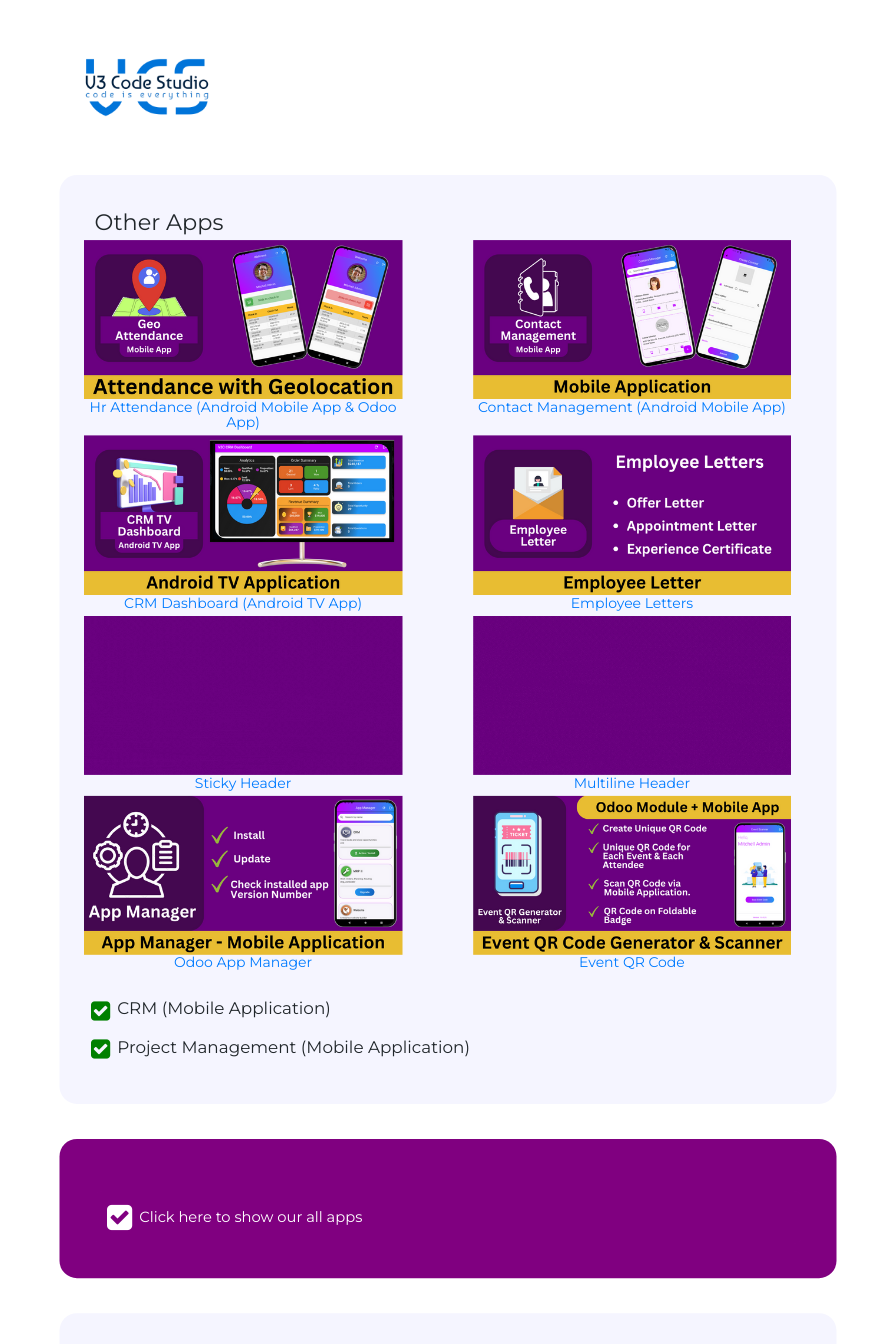
Repository: VivekVithlani/odoo_apps_list
Page: index.html
These files come from the project's save history. The page is drawn as it stood at one moment and after the next save; the edit follows.
The browser window is 1280 px wide. The pictures show the part of the page from y = 0 to 1920 px (the page is 2591 px tall before and 1778 px after), at 70% of full size.

Above is the page before, as saved 2023-12-14 15:16:59.

### index.html
<?xml version="1.0" encoding="utf-8" ?>
<!DOCTYPE html PUBLIC "-//W3C//DTD XHTML 1.0 Transitional//EN" "http://www.w3.org/TR/xhtml1/DTD/xhtml1-transitional.dtd">
<html xmlns="http://www.w3.org/1999/xhtml" xml:lang="en" lang="en">
  <head>
    <meta charset="utf-8" />
    <meta http-equiv="X-UA-Compatible" content="IE=edge" />
    <title>Document</title>
    <meta name="viewport" content="width=device-width, initial-scale=1" />
    <link
      rel="stylesheet"
      href="https://stackpath.bootstrapcdn.com/bootstrap/4.3.1/css/bootstrap.min.css"
    />
    <link
      href="https://fonts.googleapis.com/css?family=Montserrat"
      rel="stylesheet"
    />
    <link
      href="https://stackpath.bootstrapcdn.com/font-awesome/4.7.0/css/font-awesome.min.css"
      rel="stylesheet"
      integrity="sha384-wvfXpqpZZVQGK6TAh5PVlGOfQNHSoD2xbE+QkPxCAFlNEevoEH3Sl0sibVcOQVnN"
      crossorigin="anonymous"
    />
  </head>
  <!-- odoo description page css -->
  <style>
    h1,
    h2,
    h3,
    h4,
    h5,
    h6,
    .h1,
    .h2,
    .h3,
    .h4,
    .h5,
    .h6 {
      font-family: "Montserrat", sans-serif;
      font-weight: 400;
      line-height: 1.1;
      color: #21272b;
    }

    ul {
      color: #222020;
    }

    * {
      font-family: "Montserrat", sans-serif;
    }

    .sb-faq-container .panel .panel-heading a:before {
      content: "\f056";
      font-family: "FontAwesome";
      position: absolute;
      top: 7px;
      left: 5px;
      bottom: auto;
      right: auto;
      color: #3b3b98;
    }

    .sb-faq-container .panel .panel-heading a.collapsed:before {
      content: "\f055";
      font-family: "FontAwesome";
      position: absolute;
      top: 7px;
      left: 5px;
      bottom: auto;
      right: auto;
      color: #3b3b98;
    }
  </style>

  <body>
    <div class="container">
      <div
        style="
          margin: 0px;
          width: 100%;
          align-items: center;
          align-self: center;
        "
      >
        <img
          style="align-self: center; height: 250px"
          src="./vcs_icon.png"
          alt="Icon"
          class="inline"
          loading="lazy"
        />
      </div>

      <!-- Other Apps -->
      <div
        style="
          padding: 50px;
          margin-bottom: 50px;
          background: #f5f5ff;
          border-radius: 25px;
        "
      >
        <h2>Other Apps</h2>

        <div class="row" style="width: 100%">
          <div style="width: 45%; justify-content: center">
            <div>
              <img
                style="align-self: center; width: 100%; height: auto"
                src="./OtherApps/attendance_mobile_app.png"
                alt="ServerDetails"
                class="inline"
                loading="lazy"
              />
            </div>
            <div>
              <h5 style="text-align: center">
                <a
                  href="https://apps.odoo.com/apps/modules/16.0/v3c_hr_attendance"
                  >Hr Attendance (Android Mobile App & Odoo App)</a
                >
              </h5>
            </div>
          </div>
          <div style="width: 10%"></div>
          <div style="width: 45%; justify-content: center">
            <div>
              <img
                style="align-self: center; width: 100%; height: auto"
                src="./OtherApps/contact_manager_android_app.png"
                alt="ServerDetails"
                class="inline"
                loading="lazy"
              />
            </div>
            <div>
              <h5 style="text-align: center">
                <a
                  href="https://apps.odoo.com/apps/modules/16.0/v3c_contact_management/"
                  >Contact Management (Android Mobile App)</a
                >
              </h5>
            </div>
          </div>
        </div>

        <div class="row" style="width: 100%">
          <div style="width: 45%; justify-content: center">
            <div>
              <img
                style="align-self: center; width: 100%; height: auto"
                src="./OtherApps/crm_dashboard_tv_app.png"
                alt="ServerDetails"
                class="inline"
                loading="lazy"
              />
            </div>
            <div>
              <h5 style="text-align: center">
                <a
                  href="https://apps.odoo.com/apps/modules/16.0/v3c_crm_dashboard/"
                  >CRM Dashboard (Android TV App)</a
                >
              </h5>
            </div>
          </div>
          <div style="width: 10%"></div>
          <div style="width: 45%; justify-content: center">
            <div>
              <img
                style="align-self: center; width: 100%; height: auto"
                src="./OtherApps/employee_letter_app.png"
                alt="ServerDetails"
                class="inline"
                loading="lazy"
              />
            </div>
            <div>
              <h5 style="text-align: center">
                <a
                  href="https://apps.odoo.com/apps/modules/15.0/v3c_employee_letters/"
                  >Employee Letters</a
                >
              </h5>
            </div>
          </div>
        </div>

        <div class="row" style="width: 100%">
          <div style="width: 45%; justify-content: center">
            <div>
              <img
                style="align-self: center; width: 100%; height: auto"
                src="./OtherApps/stickey_headers_app.gif"
                alt="ServerDetails"
                class="inline"
                loading="lazy"
              />
            </div>

            <!-- Sticky Header -->
            <div>
              <h5 style="text-align: center">
                <a
                  href="https://apps.odoo.com/apps/modules/16.0/v3c_sticky_header/"
                  >Sticky Header</a
                >
              </h5>
            </div>
          </div>
          <div style="width: 10%"></div>

          <div style="width: 45%; justify-content: center">
            <div>
              <img
                style="align-self: center; width: 100%; height: auto"
                src="./OtherApps/multiline_header.gif"
                alt="ServerDetails"
                class="inline"
                loading="lazy"
              />
            </div>

            <!-- Mulyiline Header -->
            <div>
              <h5 style="text-align: center">
                <a
                  href="https://apps.odoo.com/apps/modules/15.0/v3c_table_header_multiline/"
                  >Multiline Header</a
                >
              </h5>
            </div>
          </div>
        </div>

        <div class="row" style="width: 100%">
          <div style="width: 45%; justify-content: center">
            <div>
              <img
                style="align-self: center; width: 100%; height: auto"
                src="./OtherApps/AppManager.png"
                alt="ServerDetails"
                class="inline"
                loading="lazy"
              />
            </div>

            <!-- Odoo App Manager -->
            <div>
              <h5 style="text-align: center">
                <a
                  href="https://apps.odoo.com/apps/modules/16.0/app_manager_module/"
                  >Odoo App Manager</a
                >
              </h5>
            </div>
          </div>
          <div style="width: 10%"></div>

          <!-- Event QR Code Start -->
          <div style="width: 45%; justify-content: center">
            <div>
              <img
                style="align-self: center; width: 100%; height: auto"
                src="./OtherApps/event_qr_code.png"
                alt="ServerDetails"
                class="inline"
                loading="lazy"
              />
            </div>

            <!-- Event QR Code -->
            <div>
              <h5 style="text-align: center">
                <a
                  href="https://apps.odoo.com/apps/modules/16.0/odoo_event_qrcode/"
                  >Event QR Code</a
                >
              </h5>
            </div>
          </div>
          <!-- Event QR Code End -->

          <div style="width: 45%; justify-content: center"></div>
        </div>
        <br />

        <!-- CRM Mobile App -->
        <div class="row" style="padding: 10px">
          <i
            class="fa fa-check-square fa-2x"
            style="color: green; padding-right: 10px"
            aria-hidden="true"
          ></i>
          <h4>CRM (Mobile Application)</h4>
        </div>

        <!-- Project Management Mobile App -->
        <div class="row" style="padding: 10px">
          <i
            class="fa fa-check-square fa-2x"
            style="color: green; padding-right: 10px"
            aria-hidden="true"
          ></i>
          <h4>Project Management (Mobile Application)</h4>
        </div>
      </div>
      <!-- Other Apps End-->

      <div
        style="
          padding: 50px;
          margin-bottom: 50px;
          background-color: purple;
          border-radius: 25px;
          color: white;
        "
      >
        <a
          style="
            align-self: center;
            text-align: center;
            border-radius: 10px;
            background-color: purple;
            color: white;
            margin-top: 25px;
            font-size: 21px;
          "
          class="d-flex align-items-center px-2 py-3"
          href="https://apps.odoo.com/apps/browse?repo_maintainer_id=509726"
        >
          <i
            class="fa fa-check-square fa-2x"
            style="margin-right: 10px; margin-left: 10px"
            aria-hidden="true"
          ></i>
          Click here to show our all apps
        </a>
        <!--
        <a
          style="
            align-self: center;
            text-align: center;
            border-radius: 10px;
            color: white;
            margin-top: 25px;
          "
          class="d-flex align-items-center px-2 py-3"
          href="https://apps.odoo.com/apps/browse?repo_maintainer_id=509726"
        >
          <h2>Click here to show all apps list</h2>
        </a> -->
      </div>

      <div
        style="
          padding: 50px;
          margin-bottom: 50px;
          background: #f5f5ff;
          border-radius: 25px;
        "
      >
        <h2>Support</h2>
        <div style="align-items: center; text-align: center">
          <img
            style="align-self: center; height: 250px"
            src="./vcs_icon.png"
            alt="ServerDetails"
            class="inline"
            loading="lazy"
          />
        </div>

        <div style="margin-top: 25px; align-self: center">
          <h5>
            Please feel free to contact us at
            <a href="mailto:v3codestudio@gmail.com?subject=Me&body=Hello!"
              ><code>v3codestudio@gmail.com</code></a
            >
            if you have any questions or concerns. We are always happy to assist
            you!
          </h5>

          <div class="row">
            <div style="width: 40%">
              <a
                style="
                  align-self: center;
                  text-align: center;
                  border-radius: 10px;
                  background-color: purple;
                  color: white;
                  margin-top: 25px;
                "
                class="d-flex align-items-center px-2 py-3"
                href="mailto:v3codestudio@gmail?subject=Me&body=Hello!"
              >
                <i
                  class="fa fa-envelope fa-2x"
                  style="margin-right: 10px; margin-left: 10px"
                  aria-hidden="true"
                ></i>
                v3codestudio@gmail.com
              </a>
            </div>

            <div style="width: 40%">
              <a
                style="
                  align-self: center;
                  text-align: center;
                  border-radius: 10px;
                  background-color: purple;
                  color: white;
                  margin-top: 25px;
                  margin-left: 25px;
                "
                class="d-flex align-items-center px-2 py-3"
                href="mailto:v3codestudio@gmail?subject=Request Customization&body=Hello!"
              >
                <i
                  class="fa fa-mobile fa-2x"
                  style="margin-right: 10px; margin-left: 10px"
                  aria-hidden="true"
                ></i>
                Request Customization
              </a>
            </div>

            <div style="width: 40%">
              <a
                style="
                  align-self: center;
                  text-align: center;
                  border-radius: 10px;
                  background-color: purple;
                  color: white;
                  margin-top: 25px;
                "
                class="d-flex align-items-center px-2 py-3"
                href="mailto:v3codestudio@gmail?subject=Request for Mobile Application&body=Hello!"
              >
                <i
                  class="fa fa-check-square fa-2x"
                  style="margin-right: 10px; margin-left: 10px"
                  aria-hidden="true"
                ></i>
                Request for Mobile Application
              </a>
            </div>
          </div>
        </div>
      </div>

      <hr class="rounded" />
    </div>
  </body>
</html>

After the next save:
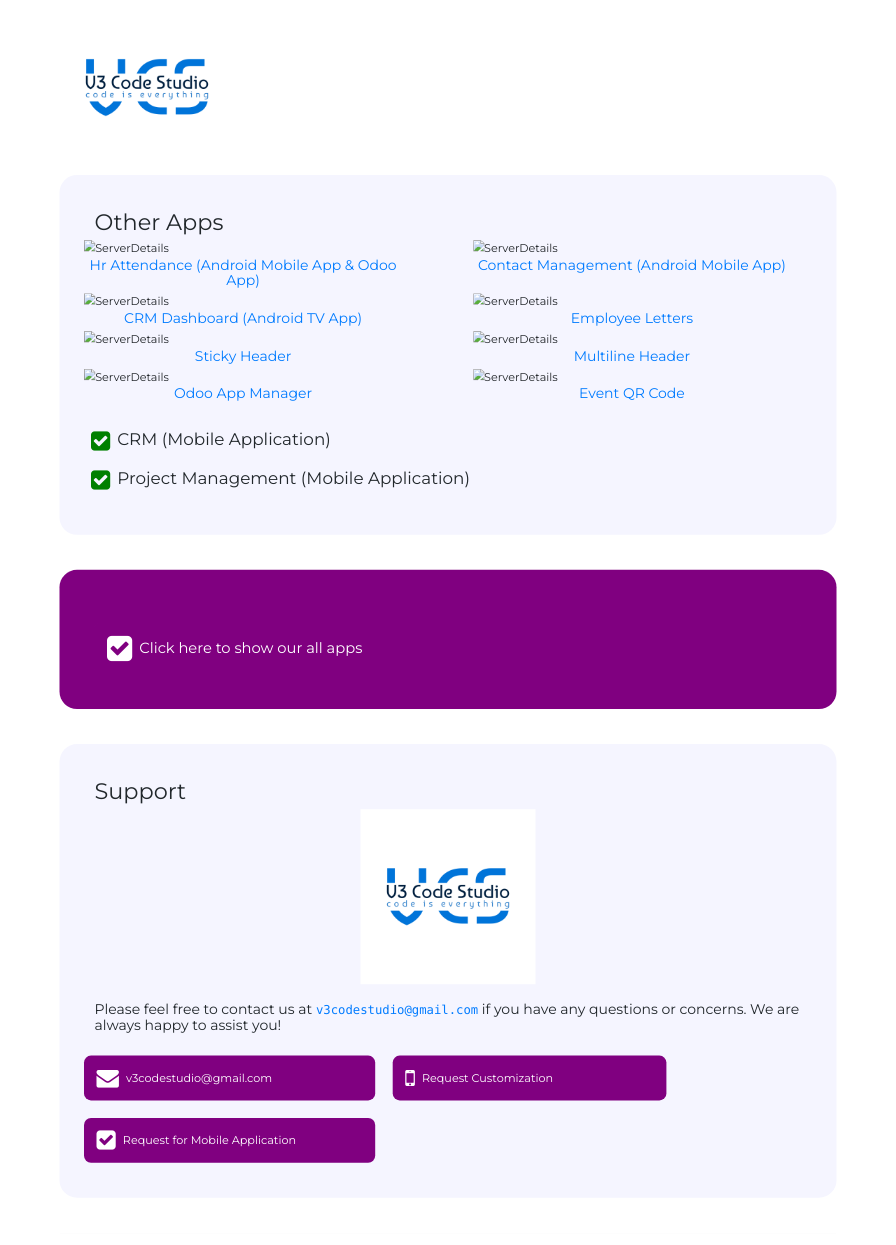
Not found: AppManager.png
Not found: attendance_mobile_app.png
Not found: contact_manager_android_app.png
Saved 12 s later.
--- a/index.html
+++ b/index.html
@@ -107,7 +107,7 @@
             <div>
               <img
                 style="align-self: center; width: 100%; height: auto"
-                src="./OtherApps/attendance_mobile_app.png"
+                src="./attendance_mobile_app.png"
                 alt="ServerDetails"
                 class="inline"
                 loading="lazy"
@@ -127,7 +127,7 @@
             <div>
               <img
                 style="align-self: center; width: 100%; height: auto"
-                src="./OtherApps/contact_manager_android_app.png"
+                src="./contact_manager_android_app.png"
                 alt="ServerDetails"
                 class="inline"
                 loading="lazy"
@@ -149,7 +149,7 @@
             <div>
               <img
                 style="align-self: center; width: 100%; height: auto"
-                src="./OtherApps/crm_dashboard_tv_app.png"
+                src="./crm_dashboard_tv_app.png"
                 alt="ServerDetails"
                 class="inline"
                 loading="lazy"
@@ -169,7 +169,7 @@
             <div>
               <img
                 style="align-self: center; width: 100%; height: auto"
-                src="./OtherApps/employee_letter_app.png"
+                src="./employee_letter_app.png"
                 alt="ServerDetails"
                 class="inline"
                 loading="lazy"
@@ -191,7 +191,7 @@
             <div>
               <img
                 style="align-self: center; width: 100%; height: auto"
-                src="./OtherApps/stickey_headers_app.gif"
+                src="./stickey_headers_app.gif"
                 alt="ServerDetails"
                 class="inline"
                 loading="lazy"
@@ -214,7 +214,7 @@
             <div>
               <img
                 style="align-self: center; width: 100%; height: auto"
-                src="./OtherApps/multiline_header.gif"
+                src="./multiline_header.gif"
                 alt="ServerDetails"
                 class="inline"
                 loading="lazy"
@@ -238,7 +238,7 @@
             <div>
               <img
                 style="align-self: center; width: 100%; height: auto"
-                src="./OtherApps/AppManager.png"
+                src="./AppManager.png"
                 alt="ServerDetails"
                 class="inline"
                 loading="lazy"
@@ -262,7 +262,7 @@
             <div>
               <img
                 style="align-self: center; width: 100%; height: auto"
-                src="./OtherApps/event_qr_code.png"
+                src="./event_qr_code.png"
                 alt="ServerDetails"
                 class="inline"
                 loading="lazy"

After the 2 saves that followed:
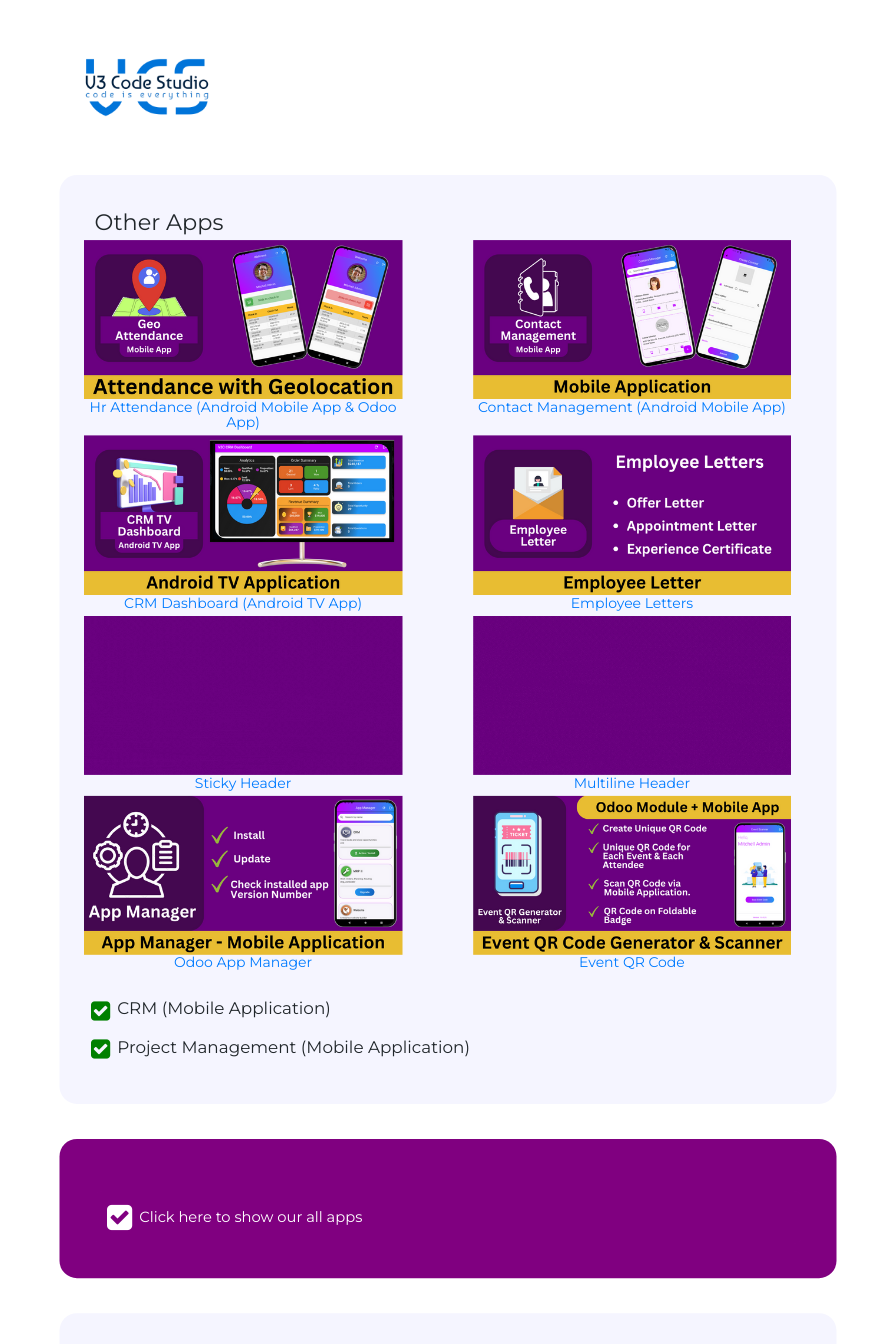
The 2 saves are shown as one change because 1 left the picture as it was.
The last was saved 25 s later.
--- a/index.html
+++ b/index.html
@@ -107,7 +107,7 @@
             <div>
               <img
                 style="align-self: center; width: 100%; height: auto"
-                src="./attendance_mobile_app.png"
+                src="./AppsBanner/attendance_mobile_app.png"
                 alt="ServerDetails"
                 class="inline"
                 loading="lazy"
@@ -127,7 +127,7 @@
             <div>
               <img
                 style="align-self: center; width: 100%; height: auto"
-                src="./contact_manager_android_app.png"
+                src="./AppsBanner/contact_manager_android_app.png"
                 alt="ServerDetails"
                 class="inline"
                 loading="lazy"
@@ -149,7 +149,7 @@
             <div>
               <img
                 style="align-self: center; width: 100%; height: auto"
-                src="./crm_dashboard_tv_app.png"
+                src="./AppsBanner/crm_dashboard_tv_app.png"
                 alt="ServerDetails"
                 class="inline"
                 loading="lazy"
@@ -169,7 +169,7 @@
             <div>
               <img
                 style="align-self: center; width: 100%; height: auto"
-                src="./employee_letter_app.png"
+                src="./AppsBanner/employee_letter_app.png"
                 alt="ServerDetails"
                 class="inline"
                 loading="lazy"
@@ -191,7 +191,7 @@
             <div>
               <img
                 style="align-self: center; width: 100%; height: auto"
-                src="./stickey_headers_app.gif"
+                src="./AppsBanner/stickey_headers_app.gif"
                 alt="ServerDetails"
                 class="inline"
                 loading="lazy"
@@ -214,7 +214,7 @@
             <div>
               <img
                 style="align-self: center; width: 100%; height: auto"
-                src="./multiline_header.gif"
+                src="./AppsBanner/multiline_header.gif"
                 alt="ServerDetails"
                 class="inline"
                 loading="lazy"
@@ -238,7 +238,7 @@
             <div>
               <img
                 style="align-self: center; width: 100%; height: auto"
-                src="./AppManager.png"
+                src="./AppsBanner/AppManager.png"
                 alt="ServerDetails"
                 class="inline"
                 loading="lazy"
@@ -262,7 +262,7 @@
             <div>
               <img
                 style="align-self: center; width: 100%; height: auto"
-                src="./event_qr_code.png"
+                src="./AppsBanner/event_qr_code.png"
                 alt="ServerDetails"
                 class="inline"
                 loading="lazy"
